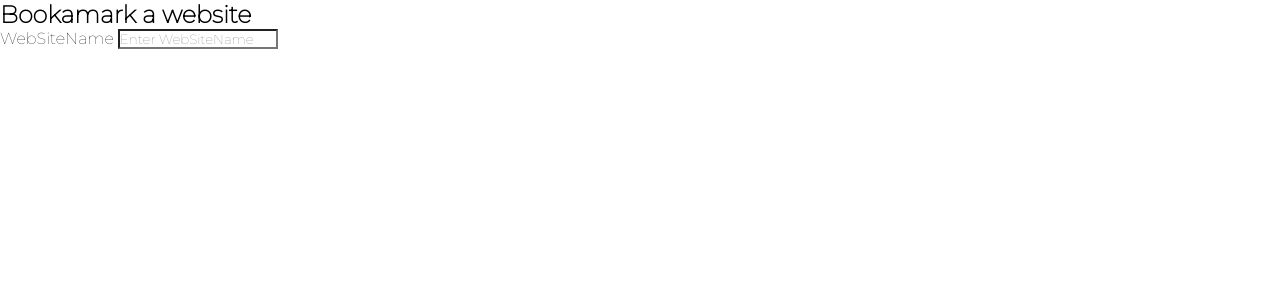
Repository: Suporl9/BookMarkerApp
Page: index.html
The author's editor kept a copy of each file at every save. The page is drawn from the files as they stood at one save, then again after the next save.
The browser window is 1280 px wide. The pictures show the whole page.

Above is the page before, as saved 2021-11-21 17:15:19.

### index.html
<!DOCTYPE html>
<html lang="en">
  <head>
    <meta charset="UTF-8" />
    <meta http-equiv="X-UA-Compatible" content="IE=edge" />
    <meta name="viewport" content="width=device-width, initial-scale=1.0" />
    <link rel="stylesheet" href="./style.css" />
    <title>Document</title>
  </head>
  <body>
    <div class="container">
      <div class="bookmarkerSection"></div>
      <div class="vh"></div>
      <div class="formInput">
        <form>
          <h2>Bookamark a website</h2>
          <label name="siteName">WebSiteName</label>
          <input type="text" name="sitename" placeholder="Enter WebSiteName" />
        </form>
      </div>
    </div>
  </body>
</html>

### style.css
@import url("https://fonts.googleapis.com/css2?family=Montserrat:wght@100&display=swap");

:root {
  --main-bg-color: rgb(255, 255, 255);
}
* {
  background-color: var(--main-bg-color);
  font-family: "Montserrat", sans-serif;
  box-sizing: border-box; /* includes padding in height and width(the box outside doesnot get bigger when adding padding and stuff)*/
  margin: 0;
  padding: 0;
}

After the next save:
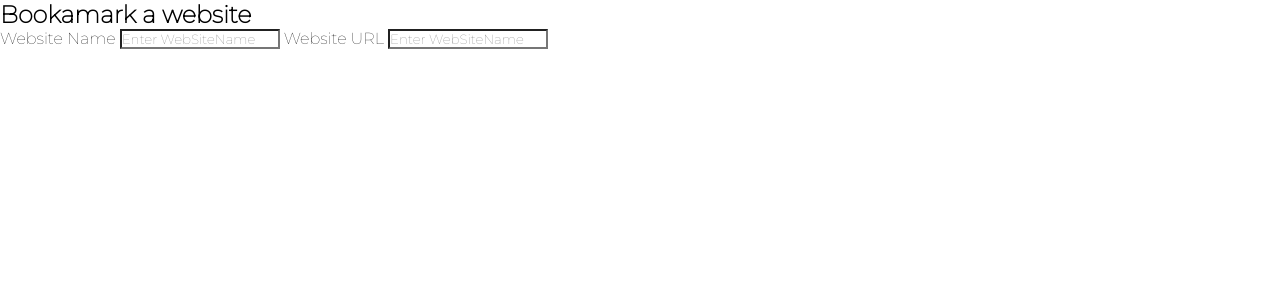
Saved 75 s later.
--- a/index.html
+++ b/index.html
@@ -14,8 +14,20 @@
       <div class="formInput">
         <form>
           <h2>Bookamark a website</h2>
-          <label name="siteName">WebSiteName</label>
-          <input type="text" name="sitename" placeholder="Enter WebSiteName" />
+          <div class="sitesec">
+            <label name="siteName">Website Name</label>
+            <input
+              type="text"
+              name="sitename"
+              placeholder="Enter WebSiteName"
+            />
+            <label name="siteName">Website URL</label>
+            <input
+              type="text"
+              name="sitename"
+              placeholder="Enter WebSiteName"
+            />
+          </div>
         </form>
       </div>
     </div>
